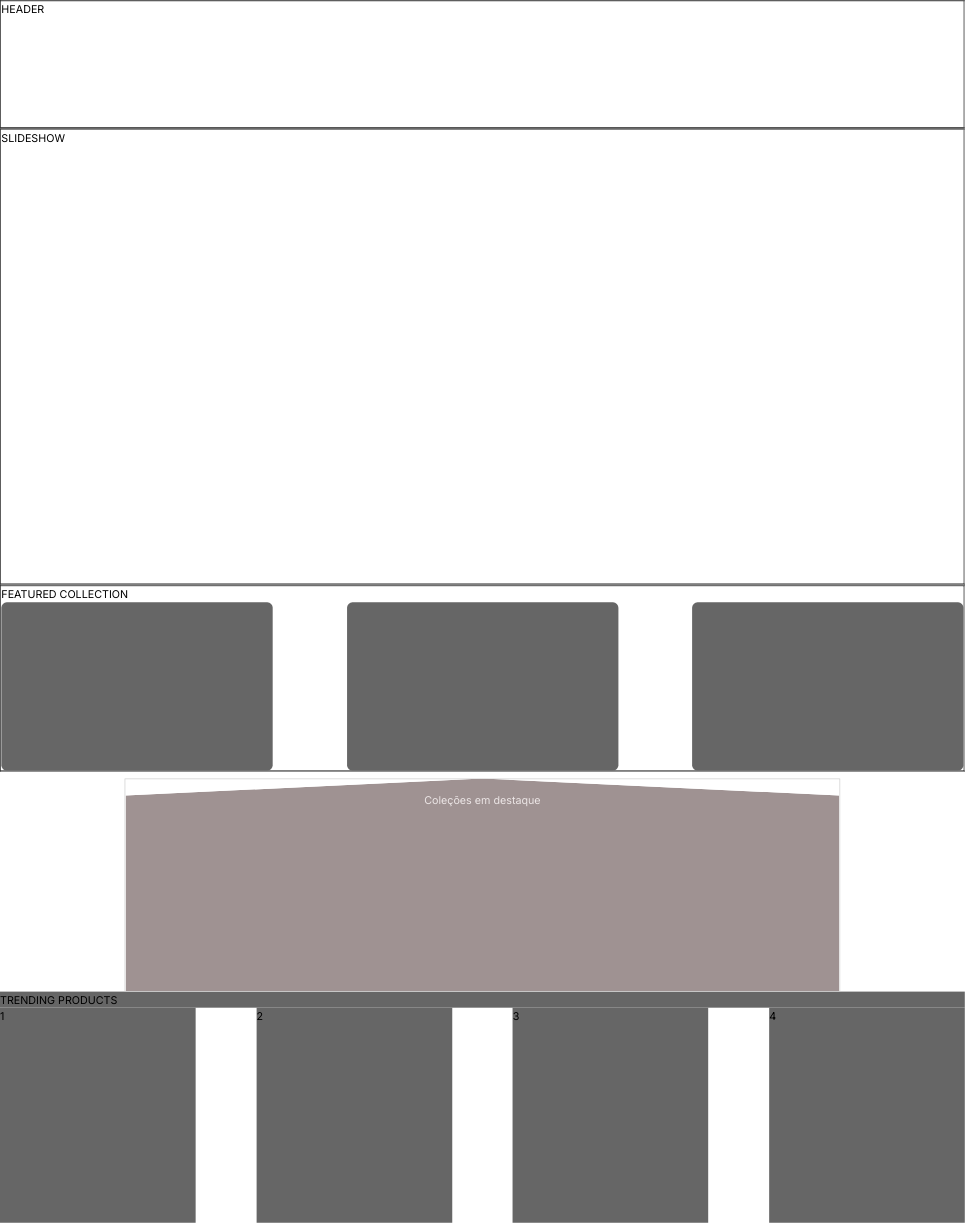
Repository: theophiloweb/landpage_disgital_store
Page: index.html
The author's editor kept a copy of each file at every save. The page is drawn from the files as they stood at one save, then again after the next save.
The browser window is 1280 px wide. The page is 1440 px wide, so the pictures cover 1440 px, including what lies to the right of the window. The pictures show the whole page, at 67% of full size.

Above is the page before, as saved 2025-04-23 11:45:56.

### index.html
<!DOCTYPE html>
<html lang="en">

<head>
    <meta charset="UTF-8">
    <meta name="viewport" content="width=device-width, initial-scale=1.0">
    <title>Document</title>
    <script src="https://cdn.jsdelivr.net/npm/@tailwindcss/browser@4"></script>
    <link rel="stylesheet" href="style.css">
    <link rel="shortcut icon" href="./images/logo.svg" type="image/x-icon">
</head>

<body>

    <!-- Container principal  -->
    <div class="container">

        <header>
            <p>HEADER</p>
        </header>

        <main>

            <aside>

                <section class="slideshow">
                    <p>SLIDESHOW</p>
                </section>

                <section class="featured_collection">
                    <p>FEATURED COLLECTION</p>
                    <div class="img_featured_collection">
                        <div class="img_featured_collection_img1"></div>
                        <div class="img_featured_collection_img2"></div>
                        <div class="img_featured_collection_img3"></div>
                    </div>
                </section>

                <section class="featured_collection_2">

                    <div class="featured_collection_2_box1">
                        <div class="featured_collection_2_box2">
                            <p>Coleções em destaque</p>
                        </div>
                    </div>


                </section>

                <section class="trending_products">
                    <p>TRENDING PRODUCTS</p>
                    <div class="boxs_trending_products">
                        <div class="box1">1</div>
                        <div class="box2">2</div>
                        <div class="box3">3</div>
                        <div class="box4">4</div>
                    </div>

                </section>

            </aside>

        </main>
    </div>
</body>

</html>

### style.css
@import url('https://fonts.googleapis.com/css2?family=Inter:ital,opsz,wght@0,14..32,100..900;1,14..32,100..900&family=Oswald:wght@200..700&family=Roboto:ital,wght@0,100..900;1,100..900&display=swap');

:root {
    --color-dark: #1F1F1F;
    --dark-gray-1: #474747;
    --dark-gray-2: #666666;
    --light-gray-1: #8F8F8F;
    --light-gray-2: #CCCCCC;
    --light-gray-3: #F5F5F5;
    --white: #FFFFFF;
    --primary: #C92071;
    --secundary: #B5B6F2;
    --tTertiary: #991956;
    --error: #EE4266;
    --success: #52CA76;
    --warning: #F6AA1C;
    --primary-g: linear-gradient(top, #C92071 0%, #EDABCA 100%);
    --secondary-g: linear-gradient(top, #B5B6F2 0%, #EFEFFF 100%);
    --offset: 40px;
}

* {
    margin: 0;
    padding: 0;
    box-sizing: border-box;
    font-family: "Inter", sans-serif;
}

body {
    width: 100%;
    height: auto;
    display: grid;
    place-items: center;
    grid-template-columns: auto;
    grid-template-rows: auto;
}

.container {
    display: grid;
    grid-template-rows: 1fr;
    place-items: center;
    max-width: 1440px;

}

/* Header */
header {
    border: 2px groove var(--color-dark);
    width: 1440px;
    height: 192px;
}

/* Section Central Slideshow */
.slideshow {
    border: 2px groove var(--color-dark);
    width: 1440px;
    height: 681px;
}

/* Section Central featured_collection - Image */
.featured_collection {
    border: 2px groove var(--color-dark);
    max-width: 1440px;
}

.img_featured_collection {
    display: flex;

    justify-content: space-between;
}

.img_featured_collection_img1 {
    width: 405px;
    height: 251px;
    border-radius: 8px;
    background-color: var(--dark-gray-2);
}

.img_featured_collection_img2 {
    width: 405px;
    height: 251px;
    border-radius: 8px;
    background-color: var(--dark-gray-2);
}

.img_featured_collection_img3 {
    width: 405px;
    height: 251px;
    border-radius: 8px;
    background-color: var(--dark-gray-2);
}

/* Section Central featured_collection 2 */
.featured_collection_2 {
    display: flex;
    justify-content: center;
    max-width: 1440px;
    margin-top: 10px;
}

.featured_collection_2_box1 {
    width: 1067.5px;
    height: 317.5px;
    position: relative;
    display: flex;
    justify-content: center;
    align-items: center;
    box-sizing: border-box;
    border: 1px solid #ccc;
    margin: 92.5px 0 156px 0 216.5px;
}

.featured_collection_2_box2 {
    width: 1067.5px;
    height: 317.5px;
    border: none;
    border-radius: 0;
    position: relative;
    overflow: hidden;
    background: none;
    -webkit-clip-path: polygon(0% 8%, 50% 0%, 100% 8%, 100% 100%, 0% 100%);
    clip-path: polygon(0% 8%, 50% 0%, 100% 8%, 100% 100%, 0% 100%);
    box-sizing: border-box;
}

.featured_collection_2_box2::before {
    content: '';
    position: absolute;
    top: 0;
    left: 0;
    width: 100%;
    height: 100%;
    background-color: rgb(159, 146, 146);
    -webkit-clip-path: polygon(0% 8%, 50% 0%, 100% 8%, 100% 100%, 0% 100%);
    clip-path: polygon(0% 8%, 50% 0%, 100% 8%, 100% 100%, 0% 100%);
    z-index: 1;
}

.featured_collection_2_box2::after {
    content: '';
    position: absolute;
    top: 2px;
    left: 2px;
    width: calc(100% - 4px);
    height: calc(100% - 4px);
    background-color: transparent;
    -webkit-clip-path: polygon(0% 8%, 50% 0%, 100% 8%, 100% 100%, 0% 100%);
    clip-path: polygon(0% 8%, 50% 0%, 100% 8%, 100% 100%, 0% 100%);
    z-index: 2;
}

.featured_collection_2_box2 p {
    position: relative;
    z-index: 3;
    color: rgb(236, 230, 230);
    padding: 20px;
    text-align: center;
}

/* Footer */

.trending_products {
    display: flex;
    flex-direction: column;
}

.trending_products p {
    background-color: var(--dark-gray-2);
}

.boxs_trending_products {
    display: flex;
    justify-content: space-between;
    gap: 10px;
}

.boxs_trending_products div {
    background-color: var(--dark-gray-2);
    width: 292px;
    height: 321px;
}

After the next save:
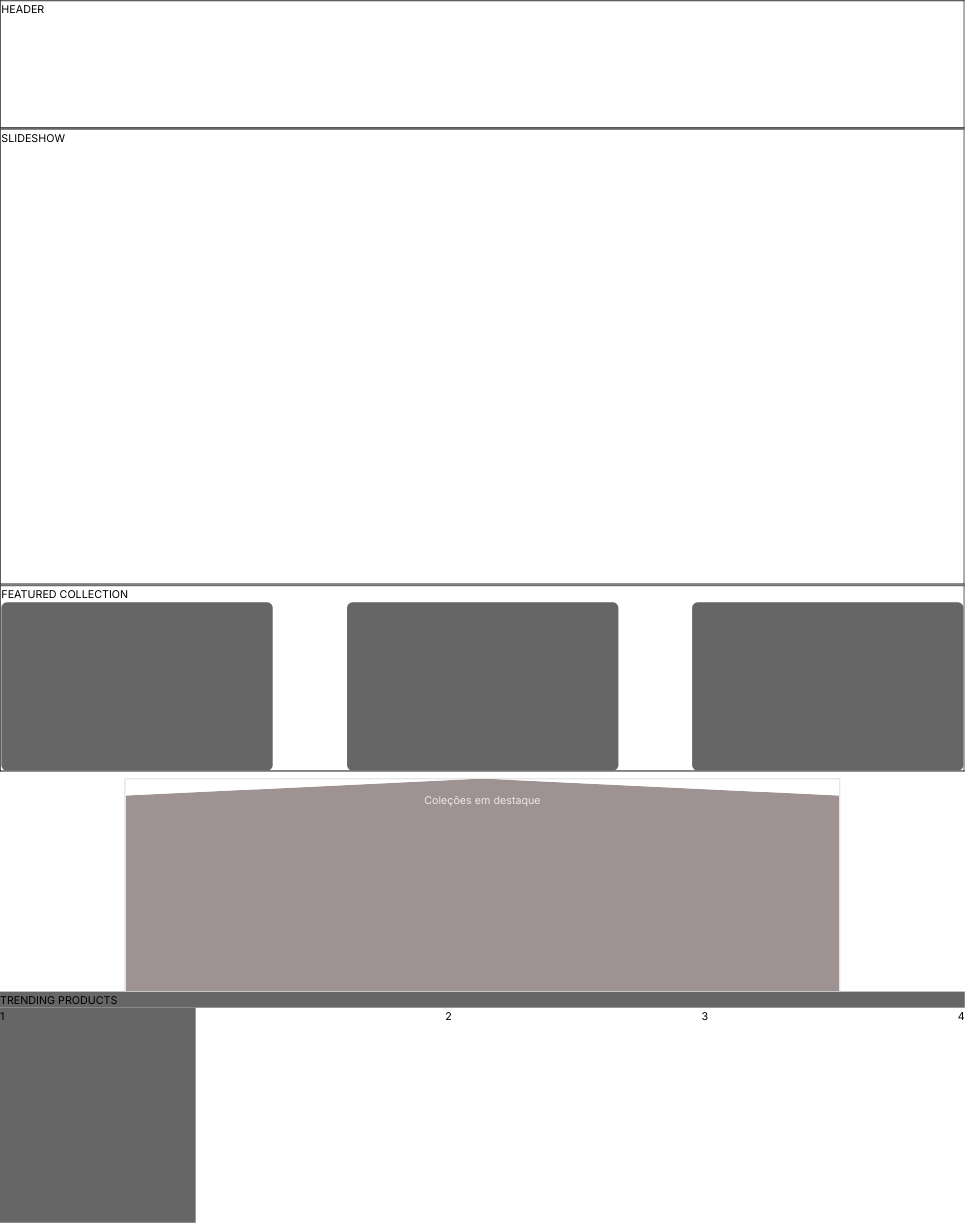
Saved 28 s later.
--- a/style.css
+++ b/style.css
@@ -174,7 +174,7 @@ header {
     gap: 10px;
 }
 
-.boxs_trending_products div {
+.boxs_trending_products .box1 {
     background-color: var(--dark-gray-2);
     width: 292px;
     height: 321px;

After the save that followed:
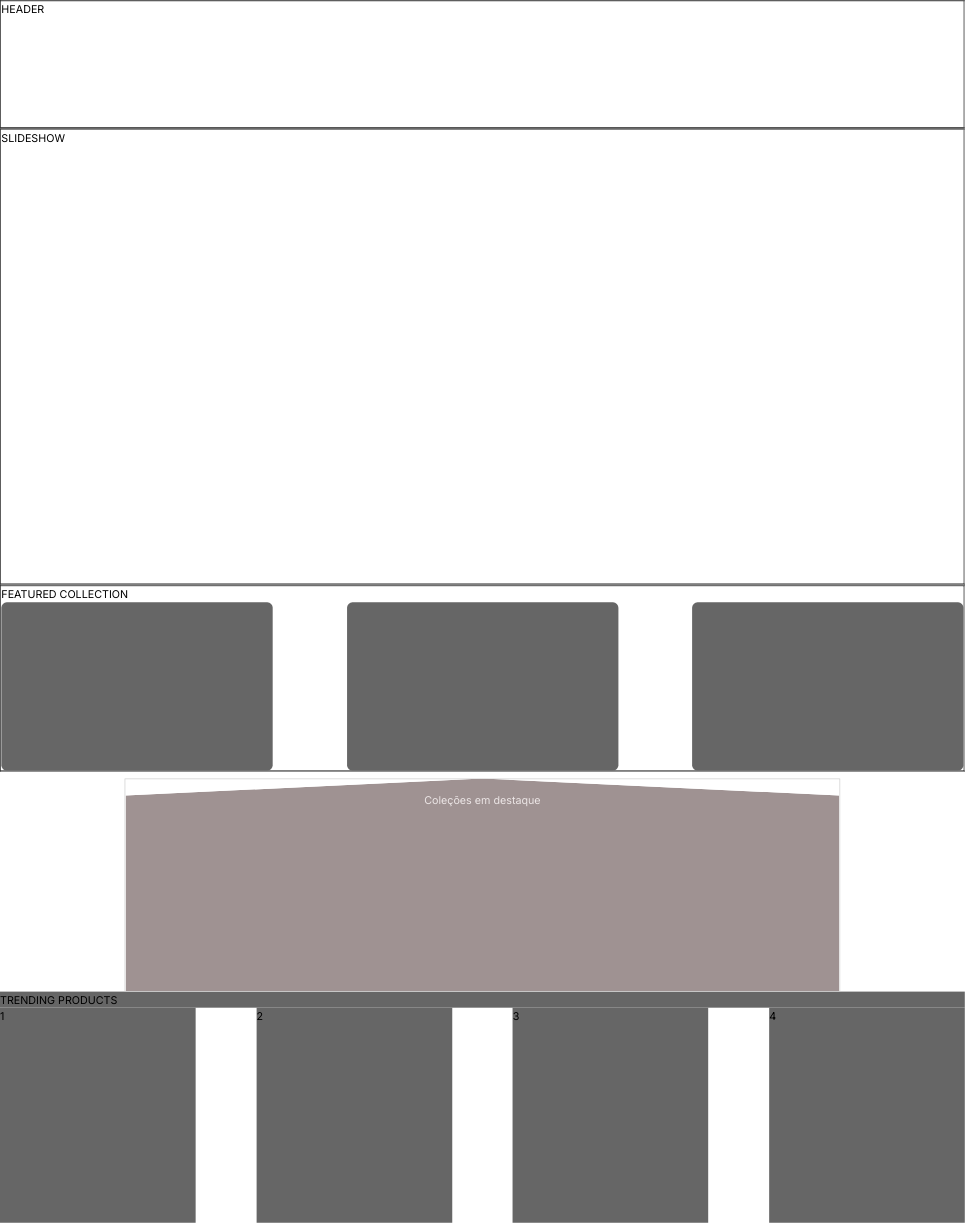
Saved 23 s later.
--- a/style.css
+++ b/style.css
@@ -179,3 +179,21 @@ header {
     width: 292px;
     height: 321px;
 }
+
+.boxs_trending_products .box2 {
+    background-color: var(--dark-gray-2);
+    width: 292px;
+    height: 321px;
+}
+
+.boxs_trending_products .box3 {
+    background-color: var(--dark-gray-2);
+    width: 292px;
+    height: 321px;
+}
+
+.boxs_trending_products .box4 {
+    background-color: var(--dark-gray-2);
+    width: 292px;
+    height: 321px;
+}
